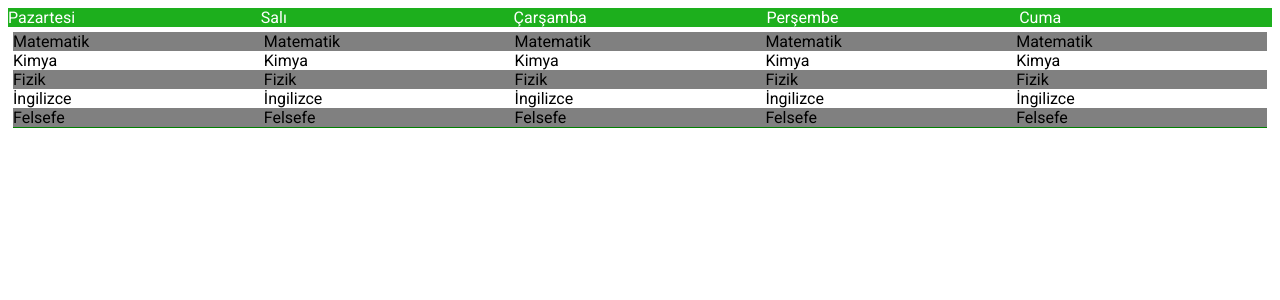
Repository: ahmetbugraozcan/css-ders-programi
Page: deneme.html
The author's editor kept a copy of each file at every save. The page is drawn from the files as they stood at one save, then again after the next save.
The browser window is 1280 px wide. The pictures show the whole page.

Above is the page before, as saved 2021-07-10 09:34:38.

After the next save:
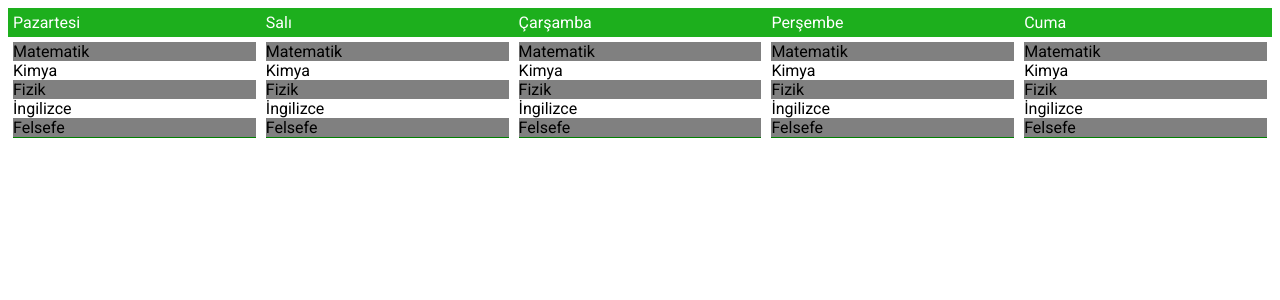
Saved 16 s later.
--- a/deneme.html
+++ b/deneme.html
@@ -10,10 +10,6 @@
     <title>Document</title>
 </head>
 <style>
-.row {
-        margin: 5px;
-        /* aligns all child elements (flex items) in a row */
-    }
 
 body {
           font-family: 'Roboto', sans-serif;
@@ -40,6 +36,7 @@ body {
 
     .col {
         flex: 1;
+        padding: 5px;
         /* distributes space on the line equally among items */
     }
 </style>
